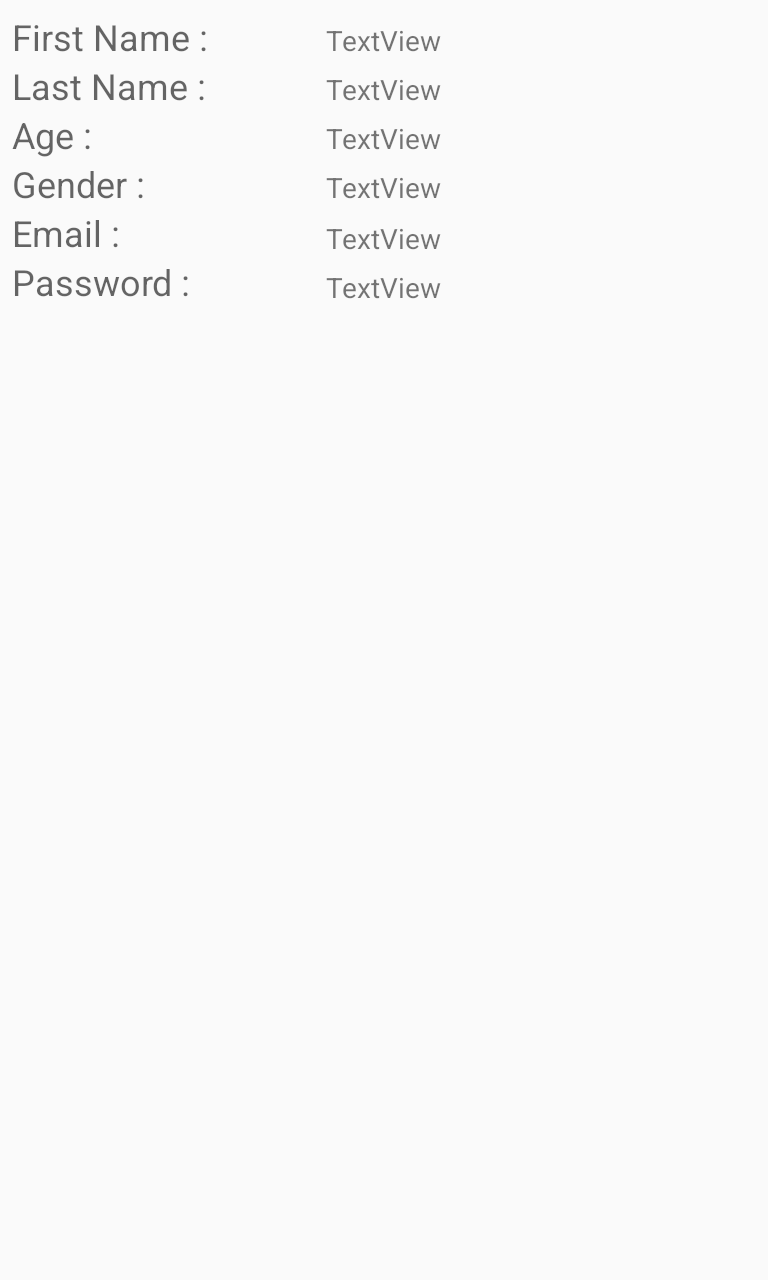
Repository: HAYKEL88/MASTER2_PFE
Layout: PFE_ANDROID/res/layout/userslist.xml
The author's editor kept a copy of each file at every save. The layout is drawn from the files as they stood at one save, then again after the next save.
It is drawn on a 768 x 1280 px phone screen (xhdpi) without system bars, with theme AppTheme; the app's code is not run.

Above is the layout before, as saved 2014-12-21 11:21:16.

### PFE_ANDROID/res/layout/userslist.xml
<?xml version="1.0" encoding="utf-8"?>
<RelativeLayout xmlns:android="http://schemas.android.com/apk/res/android"
    android:layout_width="fill_parent"
    android:layout_height="wrap_content"
    android:orientation="vertical"
    android:padding="6dip" >

    <TextView
        android:id="@+id/textView1"
        android:layout_width="wrap_content"
        android:layout_height="wrap_content"
        android:layout_alignParentLeft="true"
        android:layout_alignParentTop="true"
        android:text="First Name :"
        android:textAppearance="?android:attr/textAppearanceMedium" />

    <TextView
        android:id="@+id/textView2"
        android:layout_width="wrap_content"
        android:layout_height="wrap_content"
        android:layout_alignLeft="@+id/textView1"
        android:layout_below="@+id/textView1"
        android:text="Last Name :"
        android:textAppearance="?android:attr/textAppearanceMedium" />

    <TextView
        android:id="@+id/textView3"
        android:layout_width="wrap_content"
        android:layout_height="wrap_content"
        android:layout_alignLeft="@+id/textView2"
        android:layout_below="@+id/textView2"
        android:text="Age :"
        android:textAppearance="?android:attr/textAppearanceMedium" />

    <TextView
        android:id="@+id/textView4"
        android:layout_width="wrap_content"
        android:layout_height="wrap_content"
        android:layout_alignLeft="@+id/textView3"
        android:layout_below="@+id/textView3"
        android:text="Gender :"
        android:textAppearance="?android:attr/textAppearanceMedium" />

    <TextView
        android:id="@+id/tvFN"
        android:layout_width="wrap_content"
        android:layout_height="wrap_content"
        android:layout_alignBaseline="@+id/textView1"
        android:layout_alignBottom="@+id/textView1"
        android:layout_marginLeft="59dp"
        android:layout_toRightOf="@+id/textView1"
        android:text="TextView" />

    <TextView
        android:id="@+id/tvLN"
        android:layout_width="wrap_content"
        android:layout_height="wrap_content"
        android:layout_alignBaseline="@+id/textView2"
        android:layout_alignBottom="@+id/textView2"
        android:layout_alignLeft="@+id/tvFN"
        android:text="TextView" />

    <TextView
        android:id="@+id/tvAge"
        android:layout_width="wrap_content"
        android:layout_height="wrap_content"
        android:layout_alignBaseline="@+id/textView3"
        android:layout_alignBottom="@+id/textView3"
        android:layout_alignLeft="@+id/tvLN"
        android:text="TextView" />

    <TextView
        android:id="@+id/tvGender"
        android:layout_width="wrap_content"
        android:layout_height="wrap_content"
        android:layout_alignBaseline="@+id/textView4"
        android:layout_alignBottom="@+id/textView4"
        android:layout_alignLeft="@+id/tvAge"
        android:text="TextView" />

    <TextView
        android:id="@+id/TextView01"
        android:layout_width="wrap_content"
        android:layout_height="wrap_content"
        android:layout_alignLeft="@+id/textView4"
        android:layout_below="@+id/textView4"
        android:text="Email :"
        android:textAppearance="?android:attr/textAppearanceMedium" />

    <TextView
        android:id="@+id/TextView02"
        android:layout_width="wrap_content"
        android:layout_height="wrap_content"
        android:layout_alignLeft="@+id/TextView01"
        android:layout_below="@+id/TextView01"
        android:text="Password :"
        android:textAppearance="?android:attr/textAppearanceMedium" />

    <TextView
        android:id="@+id/tvEmail"
        android:layout_width="wrap_content"
        android:layout_height="wrap_content"
        android:layout_above="@+id/TextView02"
        android:layout_alignLeft="@+id/tvGender"
        android:text="TextView" />

    <TextView
        android:id="@+id/tvPassword"
        android:layout_width="wrap_content"
        android:layout_height="wrap_content"
        android:layout_alignBottom="@+id/TextView02"
        android:layout_alignLeft="@+id/tvEmail"
        android:text="TextView" />

</RelativeLayout>

Loaded but not shown: PFE_ANDROID/res/values/styles.xml (common file); PFE_ANDROID/res/values-v11/styles.xml (common file); PFE_ANDROID/res/values-v14/styles.xml (common file)

After the next save:
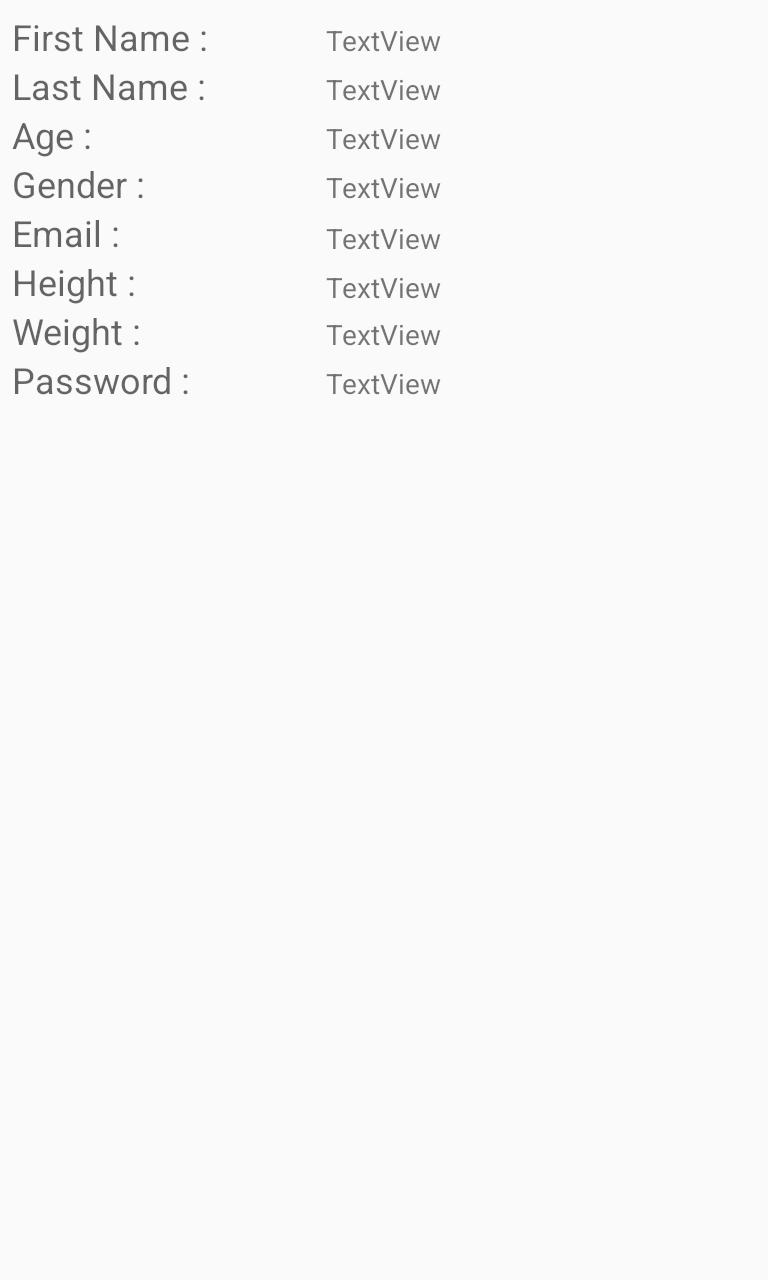
Saved 28 s later.
--- a/PFE_ANDROID/res/layout/userslist.xml
+++ b/PFE_ANDROID/res/layout/userslist.xml
@@ -93,7 +93,7 @@
         android:layout_height="wrap_content"
         android:layout_alignLeft="@+id/TextView01"
         android:layout_below="@+id/TextView01"
-        android:text="Password :"
+        android:text="Height :"
         android:textAppearance="?android:attr/textAppearanceMedium" />
 
     <TextView
@@ -105,11 +105,47 @@
         android:text="TextView" />
 
     <TextView
-        android:id="@+id/tvPassword"
+        android:id="@+id/tvHeight"
         android:layout_width="wrap_content"
         android:layout_height="wrap_content"
         android:layout_alignBottom="@+id/TextView02"
         android:layout_alignLeft="@+id/tvEmail"
         android:text="TextView" />
 
+    <TextView
+        android:id="@+id/TextView03"
+        android:layout_width="wrap_content"
+        android:layout_height="wrap_content"
+        android:layout_alignLeft="@+id/TextView02"
+        android:layout_below="@+id/TextView02"
+        android:text="Weight :"
+        android:textAppearance="?android:attr/textAppearanceMedium" />
+
+    <TextView
+        android:id="@+id/TextView04"
+        android:layout_width="wrap_content"
+        android:layout_height="wrap_content"
+        android:layout_alignParentLeft="true"
+        android:layout_below="@+id/TextView03"
+        android:text="Password :"
+        android:textAppearance="?android:attr/textAppearanceMedium" />
+
+    <TextView
+        android:id="@+id/tvWeight"
+        android:layout_width="wrap_content"
+        android:layout_height="wrap_content"
+        android:layout_alignBaseline="@+id/TextView03"
+        android:layout_alignBottom="@+id/TextView03"
+        android:layout_alignRight="@+id/tvHeight"
+        android:text="TextView" />
+
+    <TextView
+        android:id="@+id/tvPassword"
+        android:layout_width="wrap_content"
+        android:layout_height="wrap_content"
+        android:layout_alignBaseline="@+id/TextView04"
+        android:layout_alignBottom="@+id/TextView04"
+        android:layout_alignLeft="@+id/tvWeight"
+        android:text="TextView" />
+
 </RelativeLayout>
